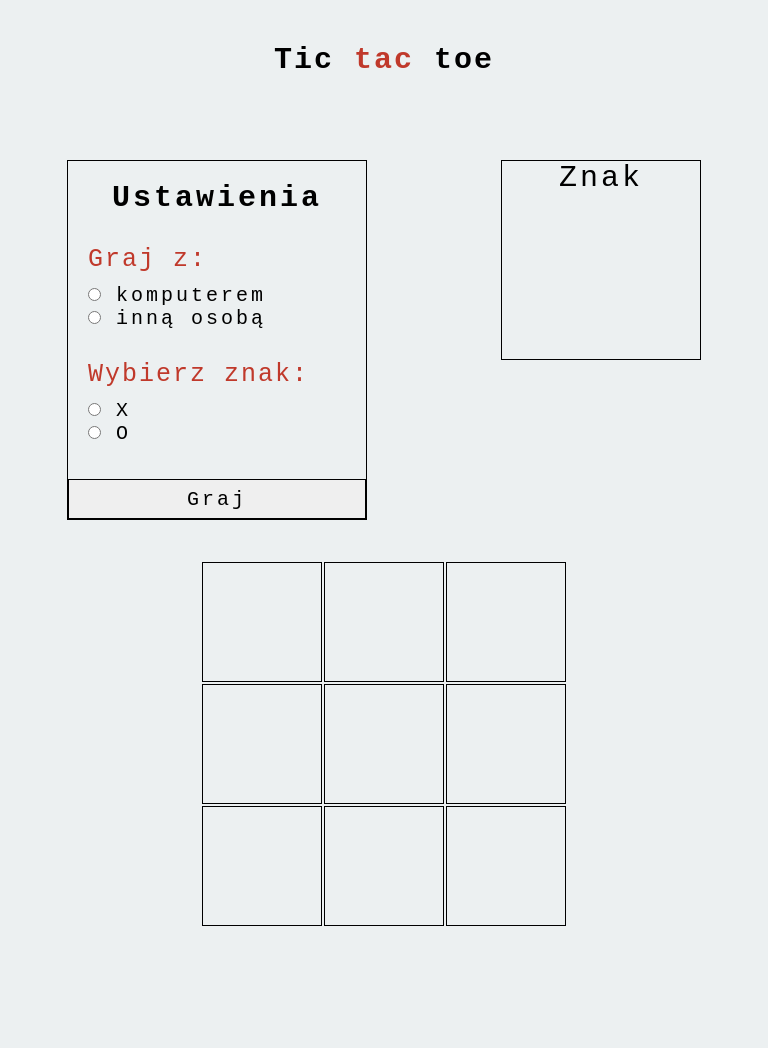
Repository: SebastianArmata22/Tic-Tac-Toe
Page: index.html
These files come from the project's save history. The page is drawn as it stood at one moment and after the next save; the edit follows.
The browser window is 768 px wide. The pictures show the whole page.
Some web fonts or font styles are not loaded; a fallback is used.

Above is the page before, as saved 2020-11-12 19:16:51.

### index.html
<!DOCTYPE html>
<html>
    <head>
        <meta charset="utf-8">
        <meta http-equiv="X-UA-Compatible" content="IE=edge">
        <title></title>
        <meta name="description" content="">
        <meta name="viewport" content="width=device-width, initial-scale=1">
        <link rel="stylesheet" href="style.css">
    </head>
    <body>
        <div class="inscription">
            <h1>Tic <span>tac</span> toe</h1>
        </div>
        <div class="main-content">
            <div class="settings-div">
                <h2>Ustawienia</h2>
                <div class="choice">
                    <p>Graj z:</p>
                    <label><input type="radio" name="player" id="checkComputer" onclick="showSign()"> komputerem</label> </br>
                    <label><input type="radio" name="player" id="checkPlayer"  onclick="notDisplaySign()">  inną osobą</label>

                </div>
                <div class="choice" id="choiceSign">
                    <p>Wybierz znak:</p>
                    <label><input type="radio" name="sign" id="signX" onclick="showSigninHelp()"> X</label></br>
                    <label><input type="radio" name="sign" id="signO" onclick="showSigninHelp()"> O</label>
                </div>
                <button class="game-btn" onclick="start()">Graj</button>
            </div>
            <div class="help-div">
                <p>Znak</p>
                <h1 id="sign"></h1>
            </div>
            <div class="tic-tac-toe-div">
                <table>
                    <tr>
                        <th class="" id="1" onclick="choiceSquare(this,0)"></th>
                        <th id="2" onclick="choiceSquare(this,1)"></th>
                        <th id="3" onclick="choiceSquare(this,2)"><p></p></th>
                    </tr>
                    <tr>
                        <th id="4"  onclick="choiceSquare(this,3)"><p></p></th>
                        <th id="5"  onclick="choiceSquare(this,4)"><p></p></th>
                        <th id="6"  onclick="choiceSquare(this,5)"><p></p></th>
                    </tr>
                    <tr>
                        <th id="7"  onclick="choiceSquare(this,6)"><p></p></th>
                        <th id="8"  onclick="choiceSquare(this,7)"><p></p></th>
                        <th id="9"  onclick="choiceSquare(this,8)"><p></p></th>
                    </tr>
                </table>

            </div>
        </div>
        <div class="win-div">
            <h1 id="winText"></h1>
        </div>

        <script src="script.js" ></script>
    </body>
</html>

### style.css
@import url('https://fonts.googleapis.com/css2?family=Syne+Mono&display=swap');
*{
    margin: 0;
    padding: 0;
    box-sizing: border-box;
    font-family: 'Syne Mono', monospace;
}
.inscription, .win-div{
    height: 15vh;
    display: flex;
    align-items: center;
    justify-content: center;
    font-size: 30px;
    background-color: #ecf0f1;
    letter-spacing: 2px;
}
.inscription span{
    color: #c0392b;
}
.main-content{
    display: flex;
    justify-content:space-around;
    align-items: center;
    min-height: 70vh;
    flex-wrap: wrap;
    background-color: #ecf0f1;

}

th{
border: 1px solid black;
height: 120px;
width: 120px;

}

th:hover{
background-color: #c0392b;
border: 3px solid #c0392b;
transition: all 0.5s ease-out;
}
.tic-tac-toe-div th{
    font-size: 70px;
    cursor: pointer;

}

.settings-div{
    height: 360px;
    position: relative;
    border: 1px solid black;
    width: 300px;
    padding: 20px;
}
.settings-div h2{
    text-align: center;
    letter-spacing: 3px;
    font-size: 30px;
}
.game-btn{
    position: absolute;
    bottom: 0;
    left: 0;
    width: 100%;
    border-style: none;
    height: 40px;
    font-size: 20px;
    letter-spacing: 3px;
    color: black;
    border: 1px solid black;
    cursor: pointer;
}
.game-btn:hover{
    background-color: black;
    color: #bdc3c7;
    transition: all 0.5s ease-out;
}
.choice{
    margin-top: 30px;
}
.choice p{
    font-size: 25px;
    letter-spacing: 2px;
    margin-bottom: 10px;
    color: #c0392b;
}
.choice label{
    font-size: 20px;
    letter-spacing: 3px;
}
.help-div{
    width: 200px;
    height: 200px;
    border: 1px solid black;
}
.help-div p{
    text-align: center;
    font-size: 30px;
    letter-spacing: 3px;
}
.help-div h1{
    display: flex;
    color: #c0392b;
    font-size: 100px;
    align-items: center;
    justify-content: center;
}
@media only screen and (max-width: 870px){
.main-content{
    display: flex;
}
.settings-div, .help-div, .tic-tac-toe-div{
    margin: auto;
    margin-top: 40px;
}
h1{
    font-size: 30px;
}
}

### script.js
const checkComputer= document.getElementById("checkComputer");
const checkPlayer= document.getElementById("checkPlayer");
const checkX= document.getElementById("signX");
const checkO= document.getElementById("signO");
const all_th = document.getElementsByTagName("th");
const choiceSign=document.getElementById("choiceSign");
const sign=document.getElementById("sign");
const winText=document.getElementById("winText");
const helpDiv=document.getElementsByClassName("help-div");

const signX='x';
const signO='o';
let presentSign;
let array_signs=[];
let win=false;
let computerSign;
let playerSign;

function unchecked(){
    checkComputer.checked=false;
    checkPlayer.checked=false;
    checkX.checked=false;
    checkO.checked=false;
}
unchecked();

function start(){
    win=false;
    for(i=0;i<9;i++){
        array_signs[i]="";
    }
    if(checkComputer.checked){
        gameWithComputer();
        helpDiv[0].style.display='none';
    }else if(checkPlayer.checked){
        gameWithPlayer();
        helpDiv[0].style.display='block';

    }
    winText.innerHTML="";
}

function gameWithComputer(){
    cleanBoard();
    if(checkX.checked){
        computerSign=signO;
        playerSign=signX;
    }else if(checkO.checked){
        computerSign=signX;
        playerSign=signO;
    }
    presentSign=playerSign;
}
function moveComputer(){
    const position=Math.floor(Math.random()*9);
    console.log(position);
    if(!checkWin()){
        if(checkTie()){
            if(array_signs[position]==''){
            all_th[position].innerHTML=presentSign;
            array_signs[position]=presentSign;
            changeOfSign();
            } else{
                console.log('jescze raz');
                moveComputer();
            }
        }else
        winText.innerHTML="Remis";
    }
}
function changeOfSign(){
    if(!checkWin())
    if(presentSign==signX){
        presentSign=signO;
        }
        else{
        presentSign=signX;
        }
        sign.innerHTML=presentSign;
        if(!checkTie())
    winText.innerHTML='Remis';
}

function choiceSquare(square, number){
    console.log(number);
    if(win==false&&checkTie()){
        if(array_signs[number]=="")
        {
            square.innerHTML=presentSign;
            array_signs[number]=presentSign;
            changeOfSign();
            if(checkComputer.checked)
        {
            moveComputer();
            console.log("jjj");
        }
        }
    }
}
function cleanBoard(){
    for(i=0;i<9;i++){
        all_th[i].innerHTML="";
    }
}
function gameWithPlayer(){
cleanBoard();
presentSign=signX;
sign.innerHTML=presentSign;
}

function showSign(){
    choiceSign.style.display="block";
}

function showSigninHelp(){
    if(checkX.checked){
    sign.innerHTML='x';
    }else if(checkO.checked)
    sign.innerHTML='o';
}
function notDisplaySign(){
    choiceSign.style.display="none";
    sign.innerHTML="";
}

function checkWin(){
    console.log(array_signs[0]==array_signs[1]&&array_signs[1]==array_signs[2]);
if(array_signs[0]==array_signs[1]&&array_signs[1]==array_signs[2]&&array_signs[0]!=''
    ||array_signs[3]==array_signs[4]&&array_signs[4]==array_signs[5]&&array_signs[3]!=''
    ||array_signs[6]==array_signs[7]&&array_signs[7]==array_signs[8]&&array_signs[6]!=''
    ||array_signs[0]==array_signs[3]&&array_signs[3]==array_signs[6]&&array_signs[0]!=''
    ||array_signs[1]==array_signs[4]&&array_signs[4]==array_signs[7]&&array_signs[1]!=''
    ||array_signs[2]==array_signs[5]&&array_signs[8]==array_signs[5]&&array_signs[2]!=''
    ||array_signs[0]==array_signs[4]&&array_signs[4]==array_signs[8]&&array_signs[0]!=''
    ||array_signs[2]==array_signs[4]&&array_signs[4]==array_signs[6]&&array_signs[2]!='')
    {
        winText.innerHTML="Zwycięstwo dla "+presentSign;
        win=true;
        return true;
    }
else{
        return false;
    }
}

function checkTie(){
    for(i=0;i<9;i++){
        if(array_signs[i]=="")
        return true;
    }
    return false;
}

After the next save:
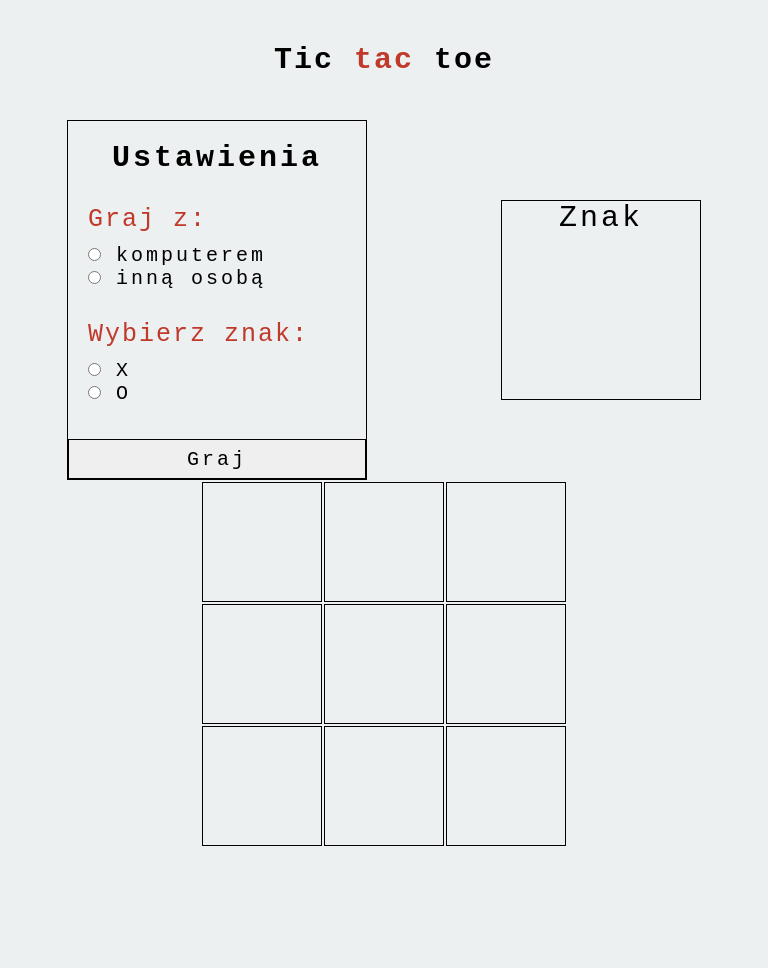
Saved 75 s later.
--- a/style.css
+++ b/style.css
@@ -106,13 +106,6 @@ transition: all 0.5s ease-out;
     justify-content: center;
 }
 @media only screen and (max-width: 870px){
-.main-content{
-    display: flex;
-}
-.settings-div, .help-div, .tic-tac-toe-div{
-    margin: auto;
-    margin-top: 40px;
-}
 h1{
     font-size: 30px;
 }
